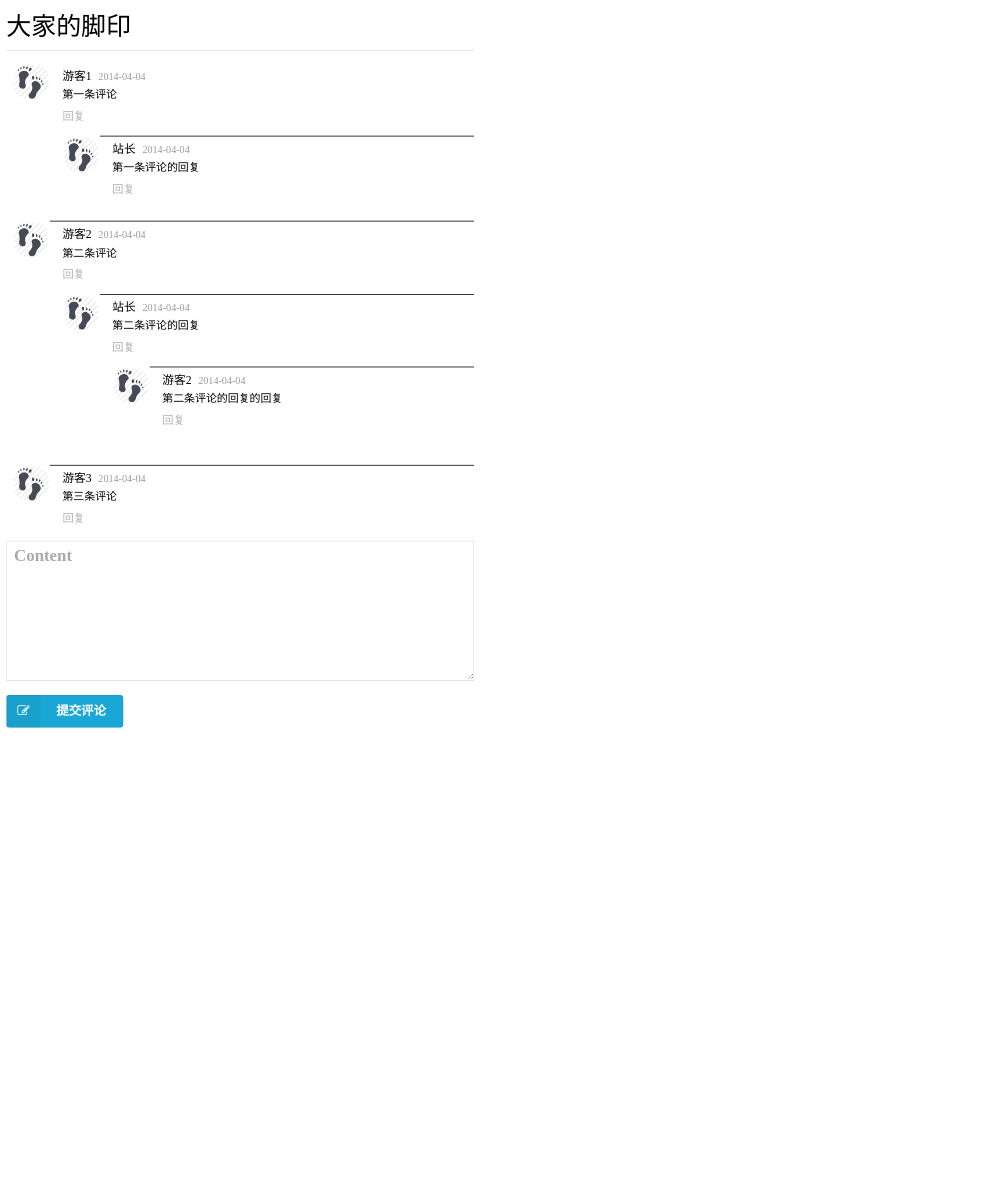
Repository: xubaifu/myworld
Page: myworld/WebContent/baifu/common/comment/index.html
These files come from the project's save history. The page is drawn as it stood at one moment and after the next save; the edit follows.
The browser window is 1280 px wide. The pictures show the whole page, at 78% of full size.

Above is the page before, as saved 2016-08-27 16:30:57.

After the next save:
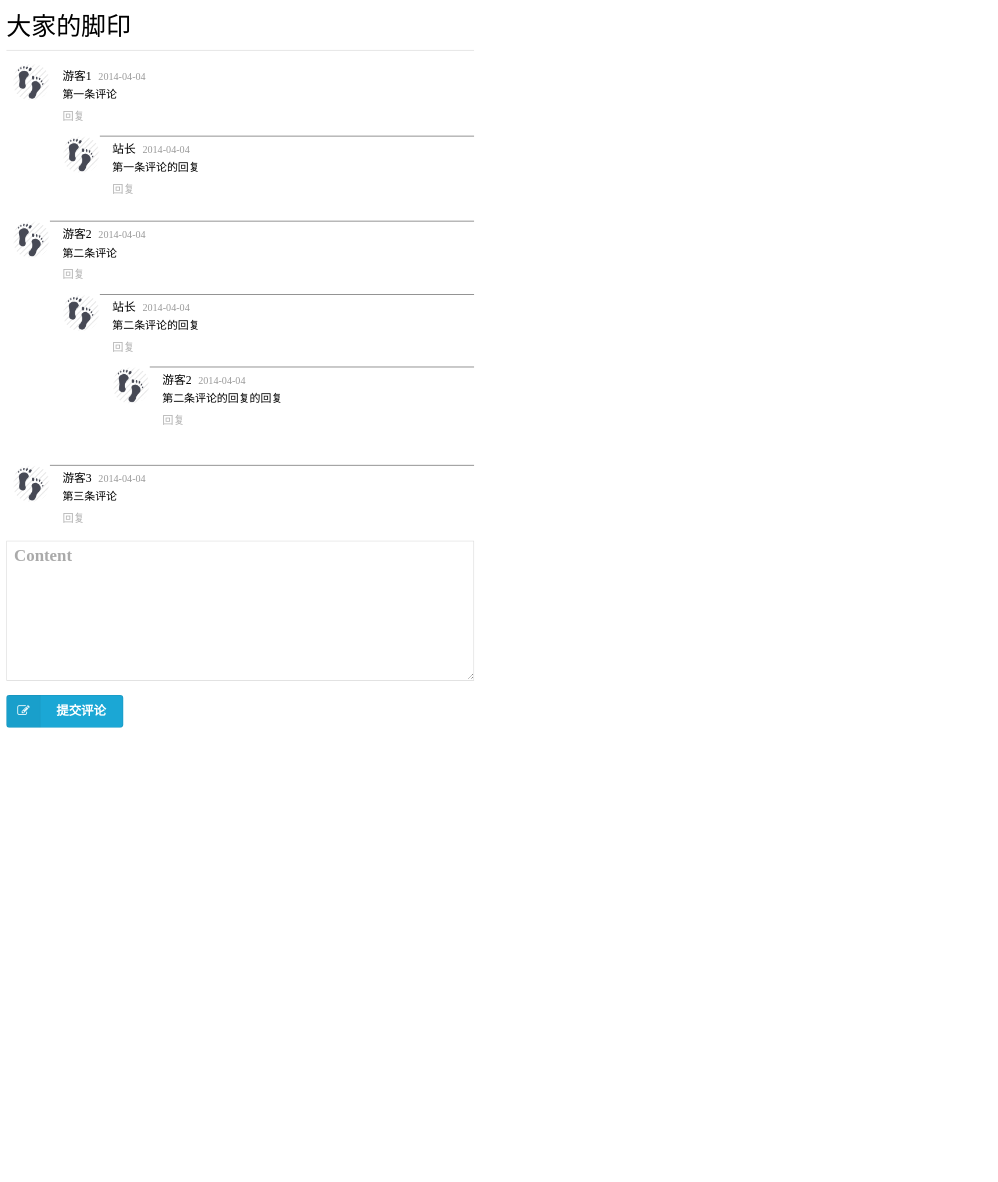
Saved 9 h 33 min later.
--- a/myworld/WebContent/baifu/common/comment/css/zyComment.css
+++ b/myworld/WebContent/baifu/common/comment/css/zyComment.css
@@ -162,5 +162,5 @@ textarea + label,.areadefault{
 }
 
 .topStyle{
-	border-top: 1px solid #000;
+	border-top: 1px solid #777;
 }
